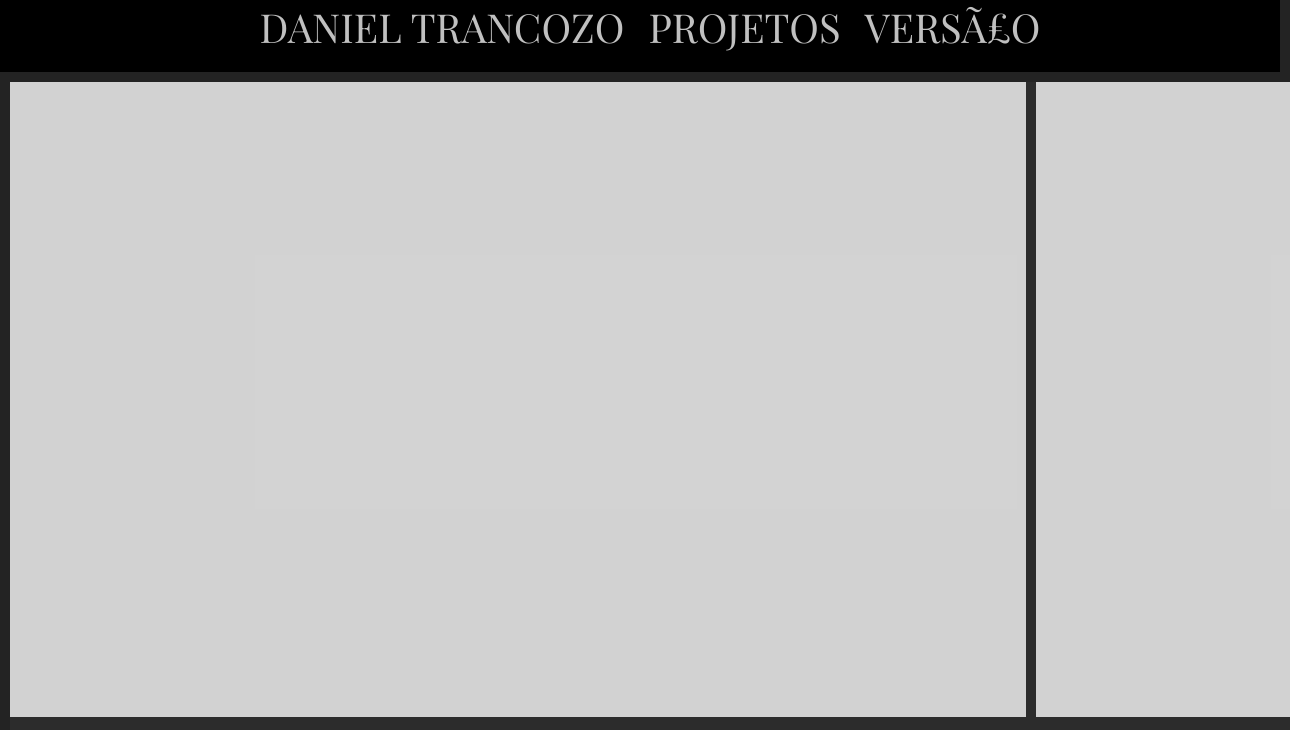
Repository: danieltrancozo/danieltrancozo.github.io
Page: index.html
These files come from the project's save history. The page is drawn as it stood at one moment and after the next save; the edit follows.
The browser window is 1280 px wide. The page is 1290 px wide, so the pictures cover 1290 px, including what lies to the right of the window. The pictures show the whole page.

Above is the page before, as saved 2021-05-05 19:04:31.

### index.html
<!DOCTYPE html>
<meta charset="UFT-8">
<meta name="lenguage" content="pt-br">
<meta name="autor" content="Daniel Trancozo Vianna">
<meta name="description" content="Portifolio de Desenvolvedor Web">
<meta name="keywords" content="HTML, CSS, JS, web development, portifolio">
<html>

<head>
    <title>Minha P&aacutegina</title>
    <link rel="stylesheet" type="text/css" href="css/estilo3.css">
    <link rel="preconnect" href="https://fonts.gstatic.com">
    <link href="https://fonts.googleapis.com/css2?family=Playfair+Display&family=Roboto+Slab&display=swap" rel="stylesheet">
    <script>
    </script>
</head>
<body>
    <div class="container">
        <div class="cab">
            <nav class="menu">
                <ul>
                    <li><button>daniel trancozo</button></li>
                    <li><button>projetos</button></li>
                    <li><button>versão</button></li>
                </ul>
            </nav>
        </div>
        <div class="corp">
            <main></main>
            <aside></aside>
        </div>
    </div>
    <div class="t2"></div>
</body>
</html>

### css/estilo3.css
@import url('https://fonts.googleapis.com/css2?family=Playfair+Display&family=Roboto+Slab&display=swap');
* {
    margin: 0;
    padding: 0;
}
body{
    background-color: rgba(0, 0, 0, 0.863);
    color: antiquewhite;
    text-align: center;
}
.container{
    background-color: transparent;
    display: flex;
    flex-direction: column;
}
.cab{
    background-color: black;
    color: silver;
    font-family: 'Playfair Display', serif;
    height: 10%;
    width: 100%;
    position: absolute;
}
.manu ul{
    text-align: center;
    border-color: transparent;
    list-style: none;
}
.menu ul li{
    display: inline;
}
.menu ul li button{
    border: none;
    text-transform: uppercase;
    font-family: 'Playfair Display', serif;
    height: 100%;
    font-size: 30pt;
    margin-left: 20px;
    cursor: pointer;
    height: 50;
    background-color: transparent;
    color: silver;
}
.corp{
    background-color: rgb(44, 44, 44);
    color: ghostwhite;
    font-family: 'Roboto Slab', serif;
    height: 90%;
    width: 100%;
    position: absolute;
    top: 10%;
    display: grid;
    grid-template-columns: 4fr 1fr;
    grid-template-rows: 98%;
    grid-gap: 10px;
    grid-template-areas: "main aside";
    margin: 10px;
}
main, aside{
    background-color: rgba(233, 233, 233, 0.884);
    color: black;
}
main{
    grid-area: main;
}
aside{
    grid-area: aside;
}
.t2{
    background-color: transparent;
    width: 100%;
    height: 100%;
    visibility: hidden;
}

After the next save:
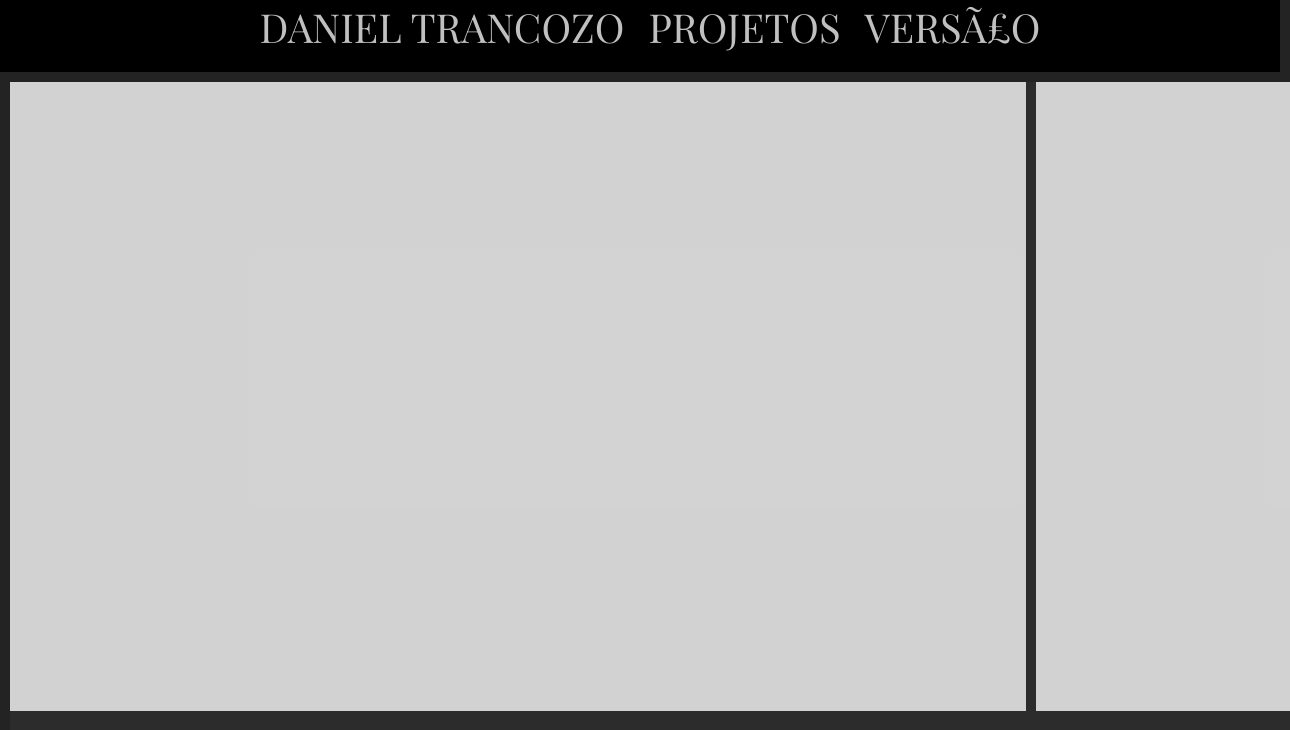
Saved 18 s later.
--- a/css/estilo3.css
+++ b/css/estilo3.css
@@ -51,7 +51,7 @@ body{
     top: 10%;
     display: grid;
     grid-template-columns: 4fr 1fr;
-    grid-template-rows: 98%;
+    grid-template-rows: 97%;
     grid-gap: 10px;
     grid-template-areas: "main aside";
     margin: 10px;
